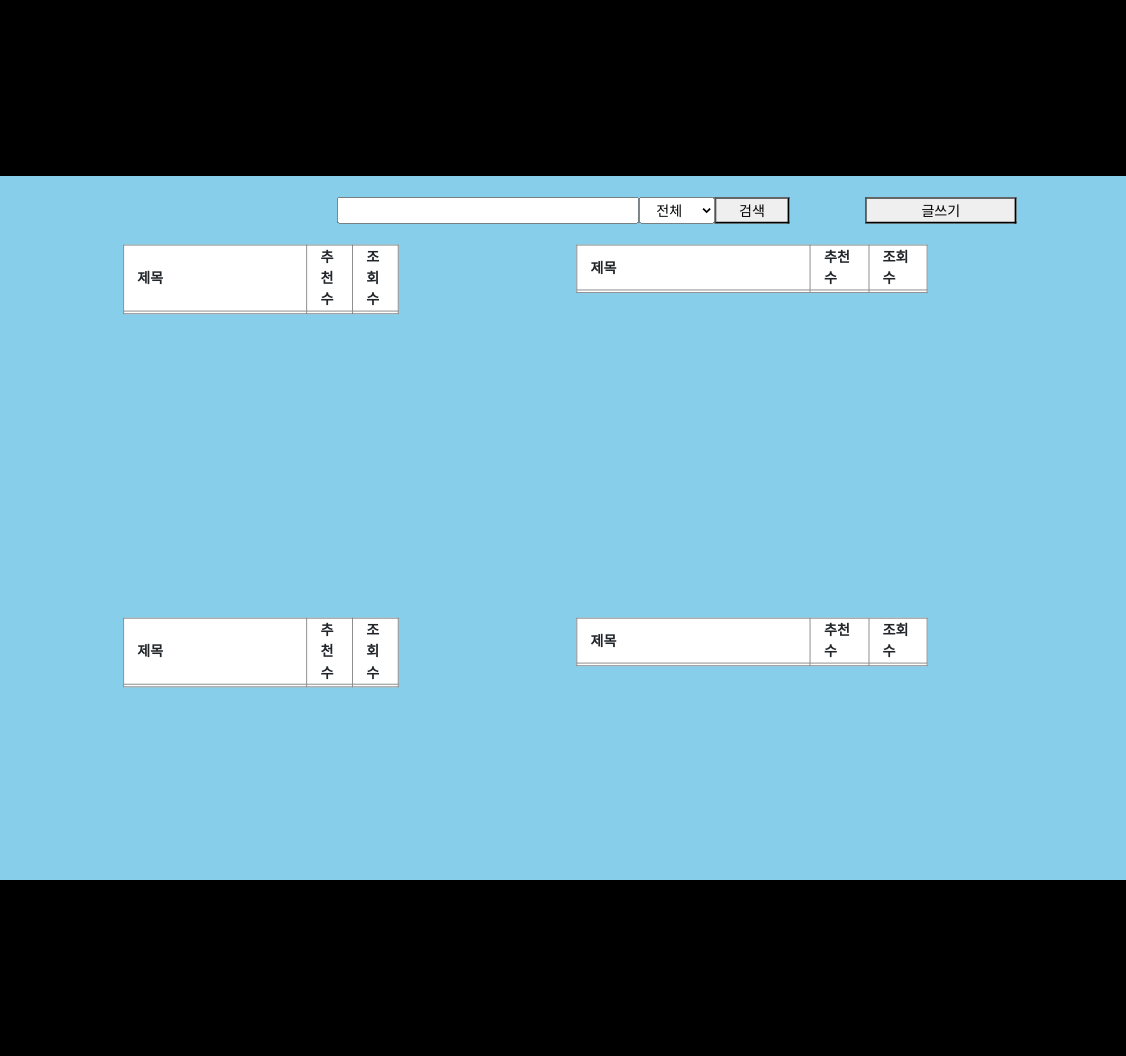
Repository: HJCroCat/project4
Page: http://localhost/koravle/getBoardMain.jsp
These files come from the project's save history. The page is drawn as it stood at one moment and after the next save; the edit follows.
The browser window is 1280 px wide. The pictures show the whole page, at 88% of full size.
An inner scrolling area shows only its first screen. The page is served by Tomcat 9. Nobody is signed in. The application's start-up code is not run. Other server files are loaded and not shown. The template is opened directly, without the code that normally fills it, so the values that code supplies are empty.

Above is the page before, as saved 2021-12-15 07:26:29.

### koravle/koravle/src/main/webapp/getBoardMain.jsp
<%@ page language="java" contentType="text/html; charset=UTF-8"
	pageEncoding="UTF-8"%>
<%@ taglib uri="http://java.sun.com/jstl/core_rt" prefix="c"%>

<!DOCTYPE html>
<html>
<head>
<!-- Required meta tags -->
<meta charset="utf-8">
<meta name="viewport"
	content="width=device-width, initial-scale=1, shrink-to-fit=no">

<!-- Bootstrap CSS -->
<link rel="stylesheet"
	href="https://cdn.jsdelivr.net/npm/bootstrap@4.6.1/dist/css/bootstrap.min.css"
	integrity="sha384-zCbKRCUGaJDkqS1kPbPd7TveP5iyJE0EjAuZQTgFLD2ylzuqKfdKlfG/eSrtxUkn"
	crossorigin="anonymous">

<title></title>
</head>
<body>

	<!-- header -->
	<header style="min-width:1280px; height:200px; margin:auto; background-color: black; ">

	</header>


	<!-- 게시판 메인 페이지 영역 시작 -->

	<main style="overflow:auto; max-width:1280px; min-width:1000px; height:800px; margin:auto; background-color: skyblue; ">

	<div style="max-width:1000px; margin:auto;">

		<div class="row">
			<br/>
		</div>

		<div class="row">
			<div class="col-3"></div>
			<input type="text" class="col-4" name="searchWord" id="searchWord">
			<select class="col-1" name="selectSearch" id="selectSearch">
				<option value="1" selected>전체</option>
				<option value="boardName">글제목</option>
				<option value="regionName">관광지</option>
				<option value="boardWriter">작성자</option>
			</select>
			<button class="col-1" onclick='location.href="getBoardList.do"'>검색</button>
			<div class="col-1"></div>
			<button class="col-2" onclick='location.href="insertBoard.do"'>글쓰기</button>
		</div>


		<div class="row">
			<br/>
		</div>

		<div class="row" style="height:400px;">

			<div class="col-4">
				<div style="background-color: white;">
					<table class="col-12" border="1">
						<tr>
							<th class="col-8" align="center">제목</th>
							<th class="col-2" align="center">추천수</th>
							<th class="col-2" align="center">조회수</th>
						</tr>
						<tr>
							<td class="col-8" align="left"><a href="getBoard.do?boardIdx=${board.boardIdx}">
															${board.boardTitle }</a></td>
							<td class="col-2">${board.boardReco }</td>
							<td class="col-2">${board.boardViewCount }</td>
					</table>
				</div>
			</div>

			<div class="col-2">
				<tr/>
			</div>

			<div class="col-5">
				<div style="background-color: white;">
					<table class="col-12" border="1">
						<tr>
							<th class="col-8" align="center">제목</th>
							<th class="col-2" align="center">추천수</th>
							<th class="col-2" align="center">조회수</th>
						</tr>
						<tr>
							<td class="col-8" align="left"><a href="getBoard.do?boardIdx=${board.boardIdx}">
															${board.boardTitle }</a></td>
							<td class="col-2">${board.boardReco }</td>
							<td class="col-2">${board.boardViewCount }</td>
					</table>
				</div>

			</div>


		</div>

		<div class="row">
			<br/>
		</div>

		<div class="row" style="height:400px;">

			<div class="col-4">
				<div style="background-color: white;">
					<table class="col-12" border="1">
						<tr>
							<th class="col-8" align="center">제목</th>
							<th class="col-2" align="center">추천수</th>
							<th class="col-2" align="center">조회수</th>
						</tr>
						<tr>
							<td class="col-8" align="left"><a href="getBoard.do?boardIdx=${board.boardIdx}">
															${board.boardTitle }</a></td>
							<td class="col-2">${board.boardReco }</td>
							<td class="col-2">${board.boardViewCount }</td>
					</table>
				</div>
			</div>

			<div class="col-2">
				<tr/>
			</div>

			<div class="col-5">
				<div style="background-color: white;">
					<table class="col-12" border="1">
						<tr>
							<th class="col-8" align="center">제목</th>
							<th class="col-2" align="center">추천수</th>
							<th class="col-2" align="center">조회수</th>
						</tr>
						<tr>
							<td class="col-8" align="left"><a href="getBoard.do?boardIdx=${board.boardIdx}">
															${board.boardTitle }</a></td>
							<td class="col-2">${board.boardReco }</td>
							<td class="col-2">${board.boardViewCount }</td>
					</table>
				</div>

			</div>


		</div>



	</div>

	</main>
	<!-- 게시판 메인 페이지 영역 끝 -->

	<!-- footer -->

	<footer style="min-width:1280px; height:200px; margin:auto; background-color: black;">

	</footer>


	<!-- Optional JavaScript; choose one of the two! -->

	<!-- Option 1: jQuery and Bootstrap Bundle (includes Popper) -->
	<script
		src="https://cdn.jsdelivr.net/npm/jquery@3.5.1/dist/jquery.slim.min.js"
		integrity="sha384-DfXdz2htPH0lsSSs5nCTpuj/zy4C+OGpamoFVy38MVBnE+IbbVYUew+OrCXaRkfj"
		crossorigin="anonymous"></script>
	<script
		src="https://cdn.jsdelivr.net/npm/bootstrap@4.6.1/dist/js/bootstrap.bundle.min.js"
		integrity="sha384-fQybjgWLrvvRgtW6bFlB7jaZrFsaBXjsOMm/tB9LTS58ONXgqbR9W8oWht/amnpF"
		crossorigin="anonymous"></script>

	<!-- Option 2: Separate Popper and Bootstrap JS -->
	<!--
    <script src="https://cdn.jsdelivr.net/npm/jquery@3.5.1/dist/jquery.slim.min.js" integrity="sha384-DfXdz2htPH0lsSSs5nCTpuj/zy4C+OGpamoFVy38MVBnE+IbbVYUew+OrCXaRkfj" crossorigin="anonymous"></script>
    <script src="https://cdn.jsdelivr.net/npm/popper.js@1.16.1/dist/umd/popper.min.js" integrity="sha384-9/reFTGAW83EW2RDu2S0VKaIzap3H66lZH81PoYlFhbGU+6BZp6G7niu735Sk7lN" crossorigin="anonymous"></script>
    <script src="https://cdn.jsdelivr.net/npm/bootstrap@4.6.1/dist/js/bootstrap.min.js" integrity="sha384-VHvPCCyXqtD5DqJeNxl2dtTyhF78xXNXdkwX1CZeRusQfRKp+tA7hAShOK/B/fQ2" crossorigin="anonymous"></script>
    -->

</body>
</html>

After the next save:
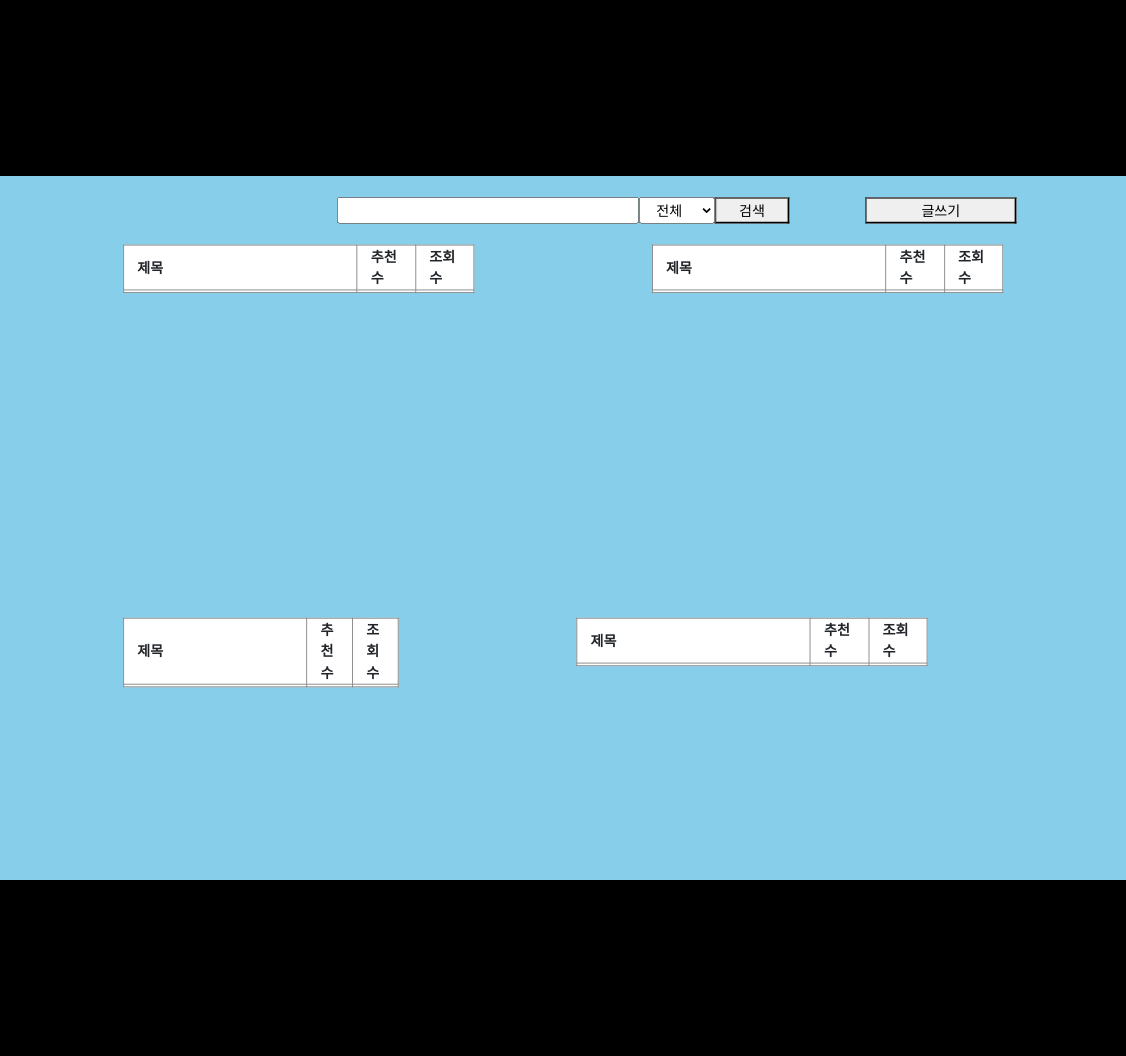
Saved 69 s later.
--- a/koravle/koravle/src/main/webapp/getBoardMain.jsp
+++ b/koravle/koravle/src/main/webapp/getBoardMain.jsp
@@ -57,7 +57,7 @@
 
 		<div class="row" style="height:400px;">
 
-			<div class="col-4">
+			<div class="col-5">
 				<div style="background-color: white;">
 					<table class="col-12" border="1">
 						<tr>
